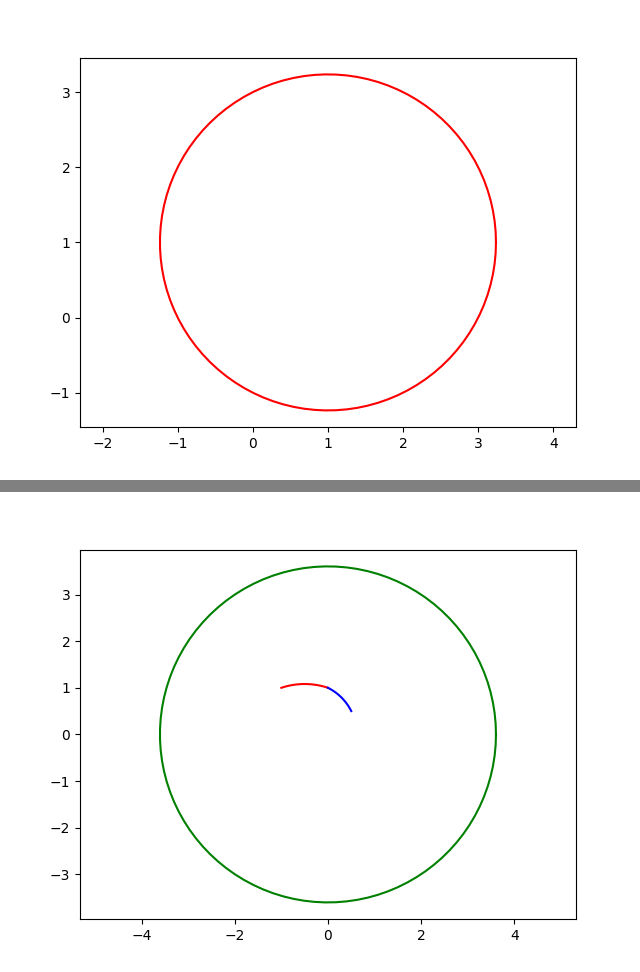
Repository: lbylzkx/Circle-Point-Manuscript
Script's output: python draw_flower_test.py
The author's editor kept a copy of each file at every save. The script's output is drawn from the files as they stood at one save, then again after a run of saves.
Each picture stacks the figures in order, with grey between them; figures that are only written to a file come last. Random numbers start from a fixed seed.

Above is the script's output before, as saved 2023-09-20 10:57:59.

After the next 2 saves:
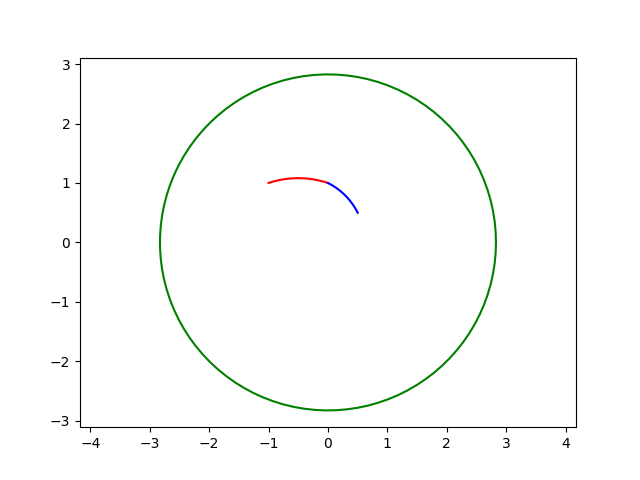
The 2 saves are shown as one change because 1 did not build or start.
The last was saved 91 s later.
--- a/draw_circle_by_point.py
+++ b/draw_circle_by_point.py
@@ -4,7 +4,7 @@ import sys
 sys.path.append('C:/Userslbylzk/Documents/BaiduSyncdisk/Flowers')
 
 
-def circle(center, radius, color='b'):
+def circle(center, point, color='b'):
     # 计算圆的半径
     radius = np.sqrt((point[0] - center[0])
                      ** 2 + (point[1] - center[1]) ** 2)
@@ -20,10 +20,10 @@ def circle(center, radius, color='b'):
 
 
 # 给定点的坐标
-center = (1, 1)
-# 圆周上一点的坐标
-point = (2, 3)
-circle(center, point, 'r')
+# center = (1, 1)
+# # 圆周上一点的坐标
+# point = (2, 3)
+# circle(center, point, 'r')
 # plt.xlabel('x')
 # plt.ylabel('y')
 # plt.title('Circle')
